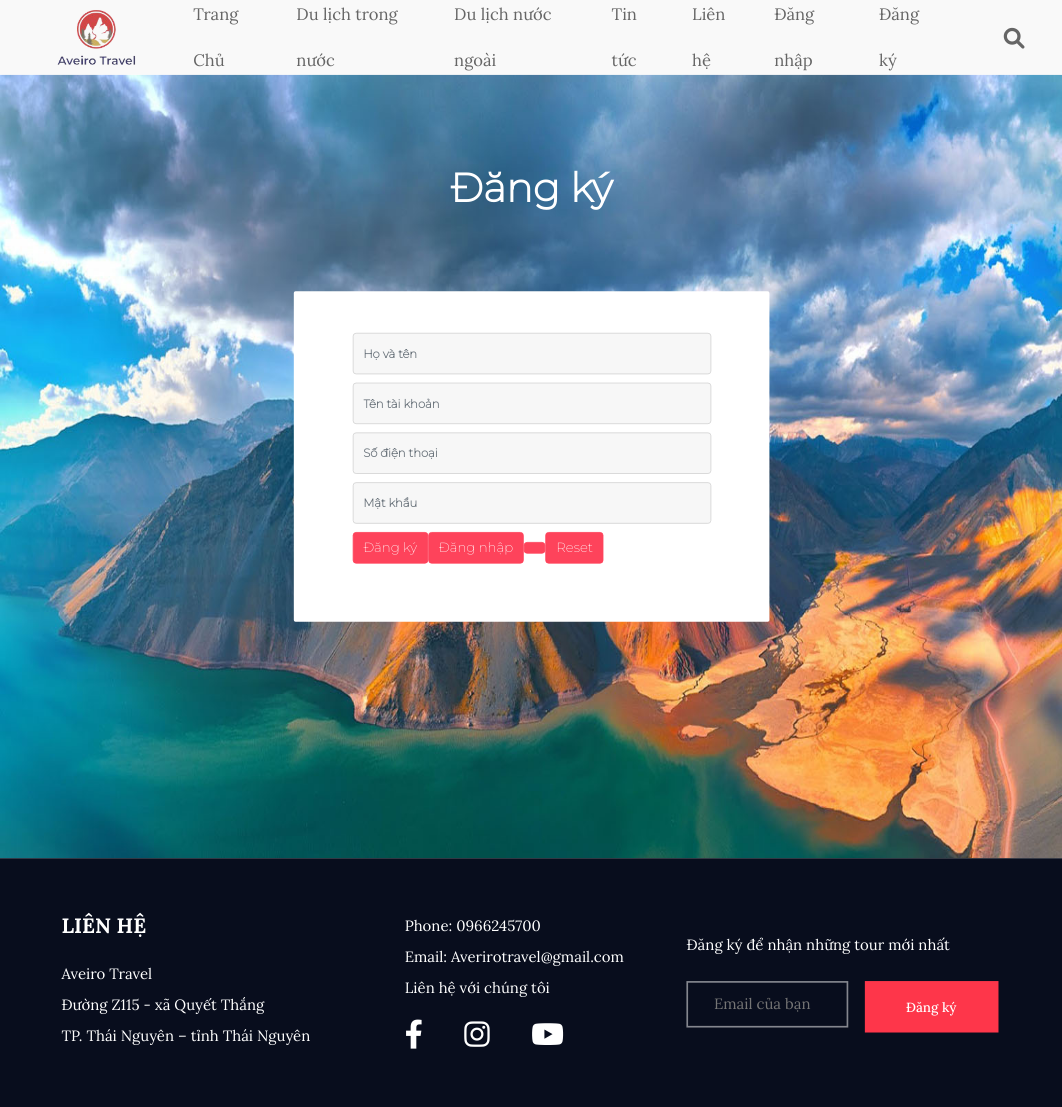
Repository: tuan842001/demotest
Page: /register
The author's editor kept a copy of each file at every save. The page is drawn from the files as they stood at one save, then again after a run of saves.
The browser window is 1280 px wide. The pictures show the whole page, at 83% of full size.
The project was rebuilt for these pictures with package versions that can differ from the ones it lists, and the page was loaded fresh each time. Also part of the build but not shown: src/components/header/header.css, src/components/header/Header.jsx, src/components/top/top.css, src/components/top/Top.jsx, src/components/post/post.css, src/components/post/Post.jsx, src/components/intourPost/intourPost.css, src/components/intourPost/IntourPost.jsx and 15 more.

Above is the page before, as saved 2021-10-15 10:31:08.

After the next 4 saves:
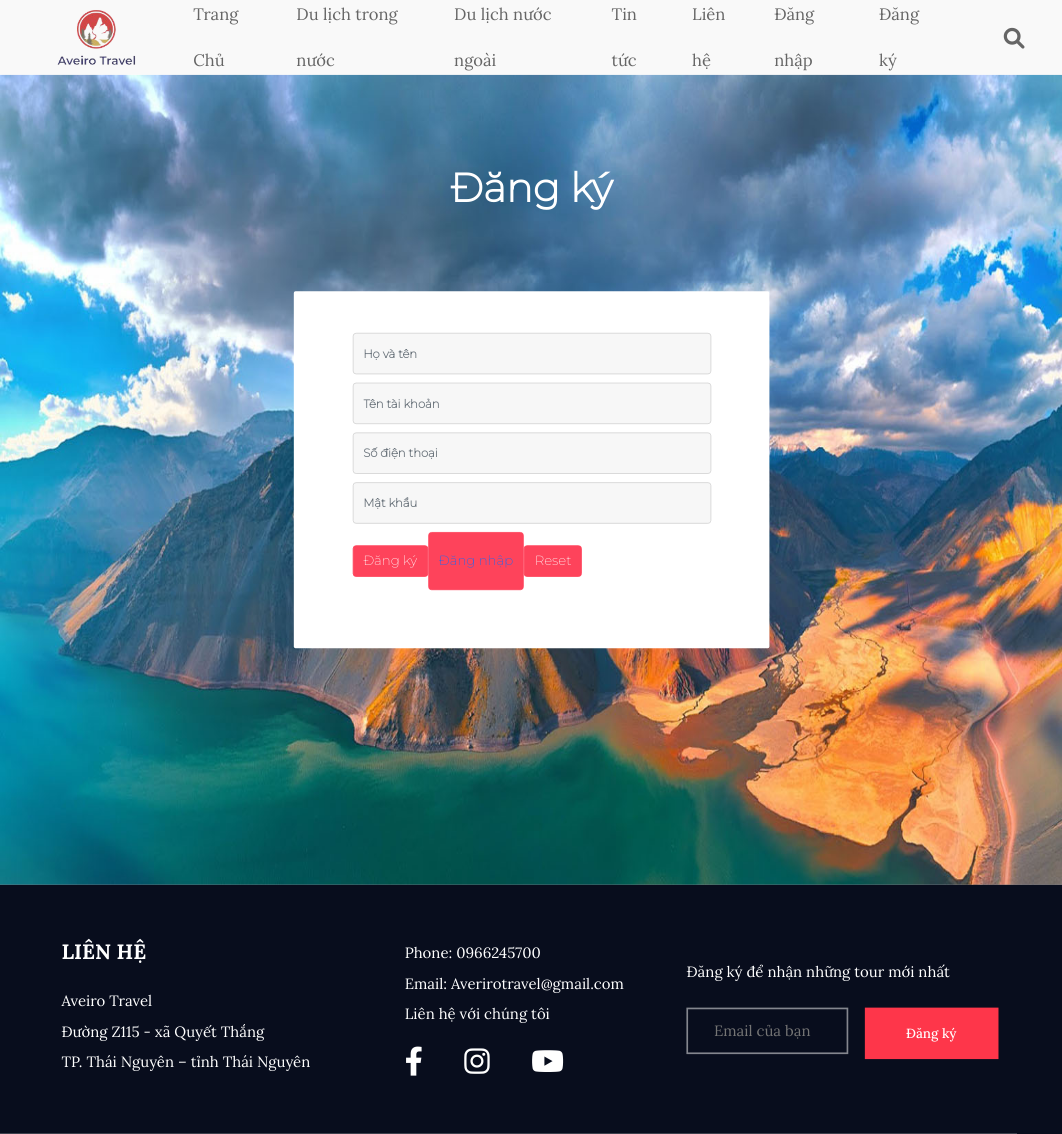
The 4 saves are shown as one change because 3 did not build or start.
The last was saved 110 s later.
--- a/src/pages/register/Register.jsx
+++ b/src/pages/register/Register.jsx
@@ -68,15 +68,10 @@
                     >
                       <i class="la la-check"></i>Đăng ký
                     </button>
-                    <input
-                      class="btn btn-primary"
-                      type="submit"
-                      value="Đăng nhập"
-                    />
 
-                    <button class="btn btn-primary">
-                      <Link to="/login"></Link>
-                    </button>
+                    <div class="btn btn-primary">
+                      <Link to="/login">Đăng nhập</Link>
+                    </div>
                     <input class="btn btn-primary" type="reset" value="Reset" />
                   </form>
                 </div>
